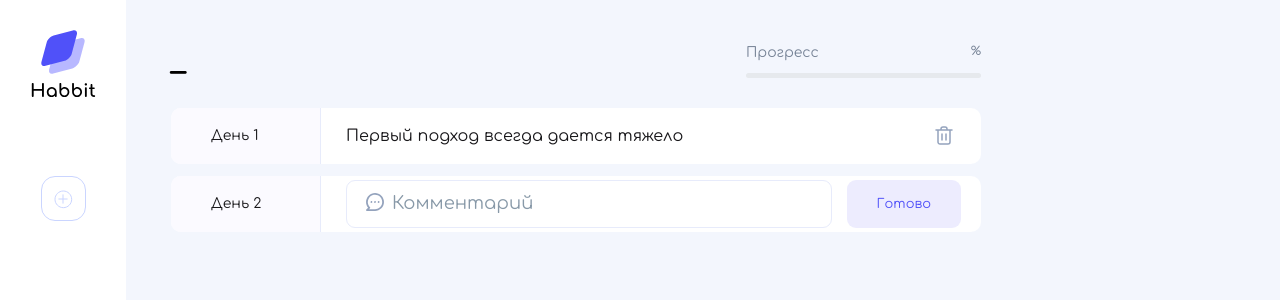
Repository: alexboagreek/hobbit
Page: index.html
These files come from the project's save history. The page is drawn as it stood at one moment and after a run of saves; the edit follows.
The browser window is 1280 px wide. The pictures show the whole page.

Above is the page before, as saved 2022-11-26 13:03:21.
Console error: TypeError: Cannot read properties of undefined (reading 'id')

### index.html
<!DOCTYPE html>
<html lang="en">
  <head>
    <meta charset="UTF-8" />
    <meta http-equiv="X-UA-Compatible" content="IE=edge" />
    <meta name="viewport" content="width=device-width, initial-scale=1.0" />
    <link rel="icon" href="assets/icons/favicon.ico" size="32X32" type="image/x-icon">
    <link rel="preconnect" href="https://fonts.googleapis.com">
    <link rel="preconnect" href="https://fonts.gstatic.com" crossorigin>
    <link href="https://fonts.googleapis.com/css2?family=Comfortaa:wght@400;600&family=Nunito:wght@300;500;600;900&display=swap" rel="stylesheet">
    <link rel="stylesheet" href="styles/style.css">
    <script src="scripts/script.js"></script>
    <title>Hobbit App</title>
  </head>
  <body>
    <section>
        <h1 class="visually-hidden">Working...</h1>
        <div class="app">
            <div class="panel">
                <img class="logo" src="assets/images/logo.svg" alt="logotype Hobbit App" />
                <nav class="menu">
                    <div class="menu__list">
                        <!-- <button class="menu__item menu__item_active" menu-habbit-id="1" >
                            <img src="assets/icons/water.svg" alt="water">
                        </button>
                        <button class="menu__item">
                            <img src="assets/icons/water.svg" alt="water">
                        </button>
                        <button class="menu__item">
                            <img src="assets/icons/water.svg" alt="water">
                        </button> -->
                    </div>
                    <button class="menu__add">
                        <img src="assets/icons/add-icon.svg" alt="add Hobbit button">
                    </button>
                </nav>
            </div>
            <div class="content">
                <header class="header">
                    <h1 class="header__title">_</h1>
                    <div class="progress">
                        <div class="progress__text">
                            <div class="progress__name">Прогресс</div>
                            <div class="progress__percent">%</div>
                        </div>
                        <div class="progress__bar">
                            <div class="progress__cover-bar"></div>
                        </div>
                    </div>
                </header>
                <main class="main">
                    <div id="days">
                        <div class="hobbit">
                            <div class="hobbit__day">День 1</div>
                            <div class="hobbit__comment">Первый подход всегда дается тяжело</div>
                            <button class="hobbit__delete">
                                <img src="assets/icons/basket.svg" alt="delete basket icon">
                            </button>
                        </div>

                        <div class="hobbit">
                            <div class="hobbit__day">День 2</div>
                            <form class="hobbit__form" onsubmit="addDays(event)">
                                <input
                                    name="comment"
                                    class="input_icon"
                                    type="text"
                                    placeholder="Комментарий">
                                <img class="input__form-icon" src="assets/icons/comment.svg" alt="comment icon">
                                <button class="hobbit__add" type="submit">Готово</button>
                            </form>
                        </div>
                    </div>
                </main>
            </div>
        </div>
    </section>
  </body>
</html>

### styles/style.css
@import 'normalize.css';
@import 'default.css';

.app {
    display: flex;
}

.logo {
    margin-bottom: 50px;
}

.panel {
    background-color: #fff;
    min-height: 100vh;
    padding: 30px;
}

.menu {
    display: flex;
    flex-direction: column;
    gap: 25px;
    margin: 0 auto;
}

.menu__list {
    display: flex;
    flex-direction: column;
    gap: 25px;
    justify-content: center;
    margin: 0 auto;
}
.menu__item {
    display: flex;
    align-items: center;
    justify-content: center;
    background-color: #FFFFFF;
    box-shadow: 0px 8px 14px rgba(62, 107, 224, 0.12);
    border-radius: 14px;
    width: 45px;
    height: 45px;
}

.menu__item:hover {
    transition: all 0.6s ease-in-out;
    background-color: #6A6AFB;
}

.menu__item:hover img {
    filter: brightness(0) invert(1);
}

.menu__add {
    display: flex;
    margin: 0 auto;
    border: 1px solid #CAD5FF;
    border-radius: 14px;
    width: 45px;
    height: 45px;
    justify-content: center;
    align-items: center;
}

.menu__item_active {
    background-color: #5051F9;
}
.menu__item_active img {
    filter: brightness(0) invert(1);
}

.menu__add:hover {
    background-color: #E7EBFF;
}
.content {
    min-width: 900px;
    padding: 45px;
}
.header {
    display: flex;
    justify-content: space-between;
    margin-bottom: 30px;
}

.header__title {
    font-size: 30px;
    line-height: 33px;
    color: #000000;
}

.progress {
    display: flex;
    flex-direction: column;
    gap: 12px;
    min-width: 235px;
}

.progress__text {
    display: flex;
    justify-content: space-between;
}

.progress__name {
    font-size: 14px;
    line-height: 16px;
    color: #768396;
}

.progress__percent {
    font-size: 12px;
    line-height: 13px;
    color: #768396;
}

.progress__bar {
    position: relative;
    width: 100%;
    background-color: #E6E9ED;
    border-radius: 4px;
    height: 5px;
}
.progress__cover-bar {
    position: absolute;
    height: 5px;
    border-radius: 4px;
    background-color: #5051F9;
    transition: all 0.4s ease-in-out;
}

.hobbit {
    display: flex;
    background-color: #FFFFFF;
    border-radius: 10px;
    align-items: center;
    margin-bottom: 12px;
}

.hobbit__day {
    background-color: #FBFAFF;
    border-radius: 10px 0 0 10px;
    border-right: 1px solid #E7EBFB;
    font-size: 14px;
    line-height: 16px;
    padding: 20px 40px;
    min-width: 150px;
}

.hobbit__comment {
    font-size: 16px;
    line-height: 16px;
    padding: 20px 25px;
}

.hobbit__delete {
    margin-left: auto;
    margin-right: 20px;
    border-radius: 5px;
    padding: 5px;
}

.hobbit__delete:hover {
    background-color: #EFF2FF;
}

.hobbit__form {
    position: relative;
    display: flex;
    gap: 15px;
    width: 100%;
    padding: 0 20px 0 25px;
}
input {
    background-color: #FFFFFF;
    border: 1px solid #E7EBFB;
    border-radius: 9px;
    padding: 12px 20px;
    flex: 1;
}

input::placeholder {
    color: #8899A8;
}
/
input.error {
    border: 1px solid rgb(185, 15, 15);
}

.input_icon {
    padding-left: 45px;
}
.input__form-icon {
    width: 18px;
    height: 18px;
    position: absolute;
    top: 13px;
    left: 45px;
}

.hobbit__add {
    background-color: #EDECFE;
    border-radius: 9px;
    font-size: 13px;
    line-height: 14px;
    color: #5051F9;
    padding: 14px 30px;
}

.hobbit__add:hover {
    background-color: #EFF2FF;
}

### scripts/script.js
'use strict';

let habbits = [];
const HABBIT_KEY = 'HABBIT_KEY';

/* page */

const page = {
    menu: document.querySelector('.menu__list'),
    header: {
        h1: document.querySelector('.header__title'),
        progressPercent: document.querySelector('.progress__percent'),
        progressCoverBar: document.querySelector('.progress__cover-bar')
    },
    content: {
        daysContainer: document.getElementById('days'),
        nextDay: document.querySelector('.habbit__day'),
    }
};

/* utils */

function loadData() {
	const habbitsString = localStorage.getItem(HABBIT_KEY);
	const habbitArray = JSON.parse(habbitsString);
	if (Array.isArray(habbitArray)) {
		habbits = habbitArray;
	}
}

function saveData() {
	localStorage.setItem(HABBIT_KEY, JSON.stringify(habbits));
}


/* render */

function rerenderMenu(activeHabbit) {

    for (const habbit of habbits) {
        const existed = document.querySelector(`[menu-habbit-id="${habbit.id}"]`);

        if (!existed) {

            // create

            const element = document.createElement('button');
            element.setAttribute('menu-habbit-id', habbit.id);
            element.classList.add('menu__item');
            element.addEventListener('click', () => rerender(habbit.id));
            element.innerHTML = `<img src="assets/icons/${habbit.icon}.svg" alt="${habbit.name}" >`;

            if (activeHabbit.id === habbit.id) {
                element.classList.add('menu__item_active');
            }
            page.menu.appendChild(element);
            continue;
        }

        if (activeHabbit.id === habbit.id) {
            existed.classList.add('menu__item_active');
        } else {
            existed.classList.remove('menu__item_active');
        }
    }
}


function rerenderHead(activeHabbit) {
    page.header.h1.innerText = activeHabbit.name;
    const progress = activeHabbit.days.length / activeHabbit.target > 1 ? 100
        : activeHabbit.days.length / activeHabbit.target * 100;
    page.header.progressPercent.innerText =progress.toFixed(0) + '%';
    page.header.progressCoverBar.setAttribute('style', `width: ${progress}%`);
}

function rerenderContent(activeHabbit) {
    page.content.daysContainer.innerHTML = '';
    for (const index in activeHabbit.days) {
        const element = document.createElement('div');
        element.classList.add('hobbit');
        element.innerHTML = `
            <div class="hobbit__day">День ${Number(index) + 1}</div>
            <div class="hobbit__comment">${activeHabbit.days[index].comment}</div>
            <button class="hobbit__delete">
                <img src="assets/icons/basket.svg" alt="delete basket icon ${index + 1}">
            </button>
        `;
        page.content.daysContainer.appendChild(element);
    }
    page.content.nextDay.innerHTML = `День ${activeHabbit.days.length + 1}`;
}

function rerender(activeHabbitId) {
	const activeHabbit = habbits.find(habbit => habbit.id === activeHabbitId);

    if (!activeHabbit) {
        return;
    }
	rerenderMenu(activeHabbit);
    rerenderHead(activeHabbit);
    rerenderContent(activeHabbit);
}

/* work with days */

function addDays(event) {
    event.preventDefault();
    const data = new FormData(event.target);
    const comment = data.get('comment');
    if (!comment) {

    }
}


/* init */
(() => {
	loadData();
	rerender(habbits[0].id);
})();

### styles/default.css
/* @font-face {
    font-family: Comfortaa;
    src: url('../assets/fonts/inter_cyrillic-regular.woff2') format(woff2),
    url('../assets/fonts/inter_cyrillic-regular.woff') format(woff);
    font-display: swap;
    font-weight: 500;
} */

html {
    box-sizing: border-box;
    position: relative;
    overflow-x: hidden;
    scroll-behavior: smooth;
}

*, *::after, *::before{
    box-sizing: inherit;
}

body {
    position: relative;
    margin: 0;
    font-family: 'Comfortaa', sans-serif;
    font-size: 18px;
    font-weight: 500;
    line-height: 1.2;
    color: #18171A;
    background-color: #F3F6FD;
}

h1, h1,h3, p, ul {
    margin: 0;
}

ul {
    padding: 0;
    list-style: none;
}

button {
    padding: 0;
    cursor: pointer;
    background-color: transparent;
    border: none;
    font: inherit;
}

input, button, textarea {
    font: inherit;
}

a {
    color: inherit;
    text-decoration: none;
}

img, svg {
    display: block;
    max-width: 100%;
    height: auto;
    object-fit: cover;
}

.container {
    max-width: 1180px;
    margin: 0 auto;
    padding: 0 72px;
}

.visually-hidden {
    height: 0;
    width: 0;
    transform: scale(0);
}

input[type="search"]::-webkit-search-cancel-button {
    display: none;
}

Loaded but not shown: styles/normalize.css (library)

After the next 6 saves:
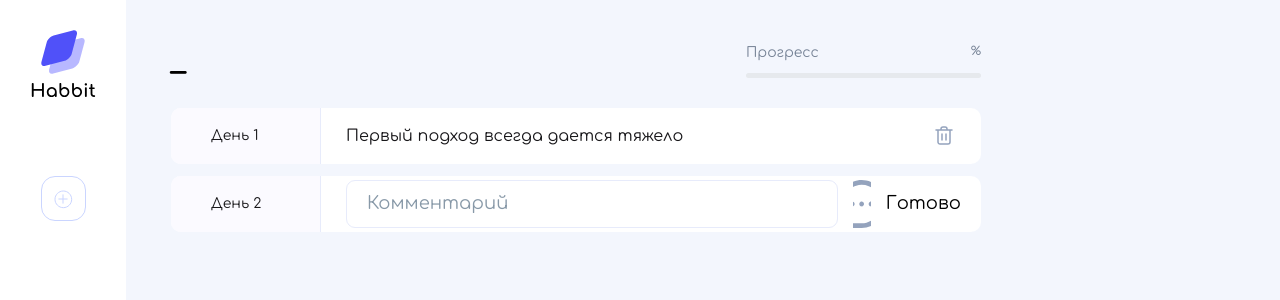
The 6 saves are shown as one change because they came seconds apart.
The last was saved 17 s later.
--- a/styles/style.css
+++ b/styles/style.css
@@ -178,7 +178,7 @@ input {
 input::placeholder {
     color: #8899A8;
 }
-/
+/** по/
 input.error {
     border: 1px solid rgb(185, 15, 15);
 }
